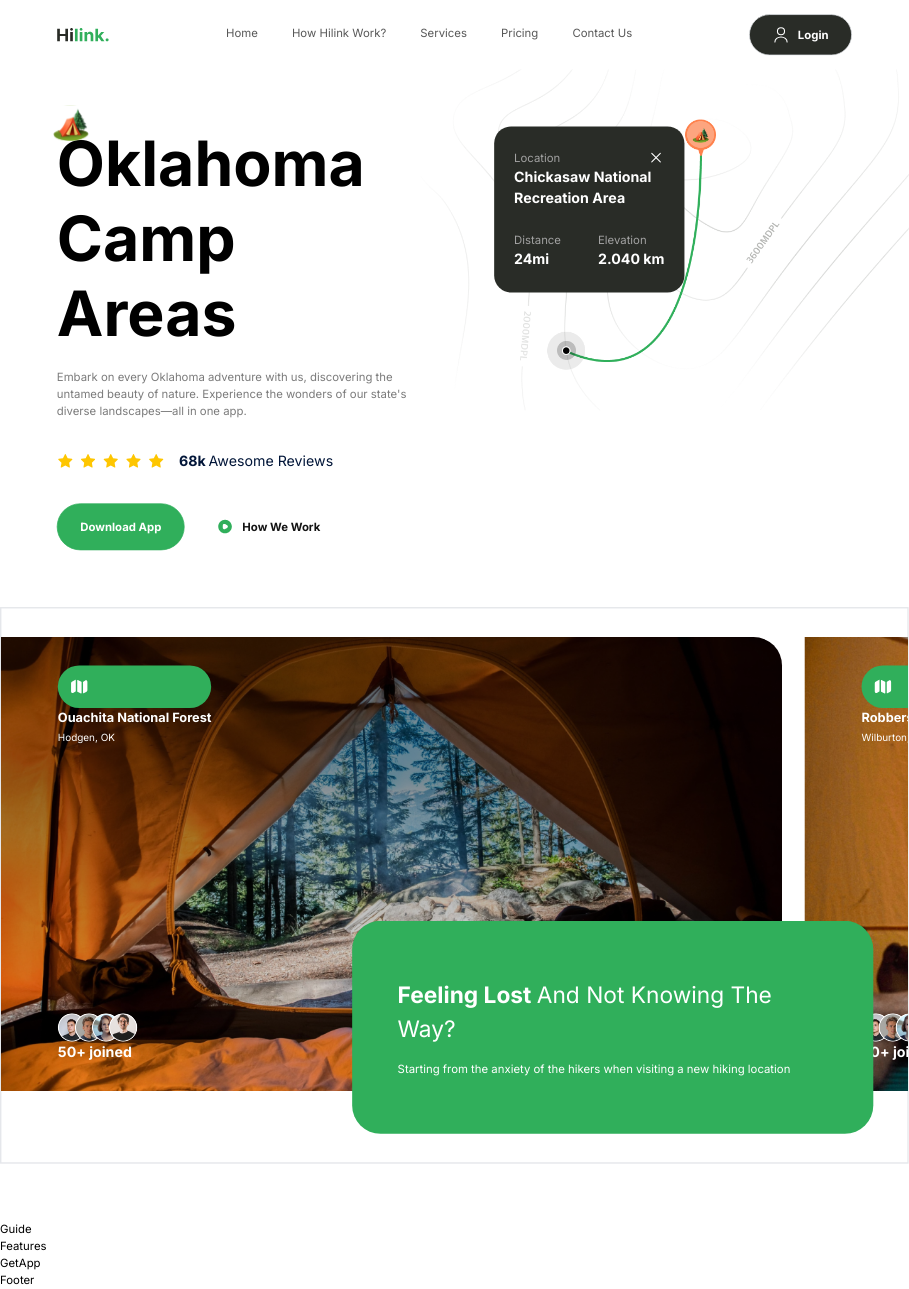
Repository: MikeeBuilds/camp
Page: /
These files come from the project's save history. The page is drawn as it stood at one moment and after the next save; the edit follows.
The browser window is 1280 px wide. The pictures show the whole page, at 71% of full size.
The project was rebuilt for these pictures with package versions that can differ from the ones it lists, and the page was loaded fresh each time. The framework's server and built-in components were replaced by stand-ins that run in the browser. Also part of the build but not shown: next.config.js.

Above is the page before, as saved 2023-11-24 22:27:07.

### app/layout.tsx
import type { Metadata } from 'next'

import './globals.css'
import Navbar from '@/components/Navbar'
import Footer from '@/components/Footer'


export const metadata: Metadata = {
  title: 'Travel',
  description: 'Travel UI/UX App for camping',
}

export default function RootLayout({
  children,
}: {
  children: React.ReactNode
}) {
  return (
    <html lang="en">
      <body className="">
        <Navbar/>
        <main className='relative overflow-hidden'>
        {children}
        </main>
        <Footer/>
      </body>
    </html>
  )
}

### app/page.tsx
import Camp from "@/components/Camp";
import Features from "@/components/Features";
import GetApp from "@/components/GetApp";
import Guide from "@/components/Guide";
import Hero from "@/components/Hero";

export default function Home() {
  return (
    <>
      <Hero/>
      <Camp/>
      <Guide/>
      <Features/>
      <GetApp/>
    </>
  )
}

### components/Navbar.tsx
import { NAV_LINKS } from '@/constants'
import Image from 'next/image'
import Link from 'next/link'
import Button from './Button'

const Navbar = () => {
    return (
        <nav className="flexBetween max-container padding-container relative z-30 py-5">
            <Link href="/">
                <Image src="/hilink-logo.svg" alt="logo" width={74} height={29} />
            </Link>

            <ul className="hidden h-full gap-12 lg:flex">
                {NAV_LINKS.map((link) => (
                    <Link href={link.href} key={link.key} className="regular-16 text-gray-50 flexCenter cursor-pointer pb-1.5 transition-all hover:font-bold">
                        {link.label}
                    </Link>
                ))}
            </ul>

            <div className='lg:flexCenter hidden'>
                <Button
                    type="button"
                    title="Login"
                    icon="/user.svg"
                    variant="btn_dark_green"
                />
            </div>

            <Image
                src="menu.svg"
                alt='menu'
                width={32}
                height={32}
                className='inline-block cursor-pointer lg:hidden'
            />
        </nav>
    )
}

export default Navbar

### components/Camp.tsx
import { PEOPLE_URL } from "@/constants";
import Image from "next/image";

interface CampProps {
  backgroundImage:string;
  title: string;
  subtitle: string;
  peopleJoined: string
}


const CampSite = ({ backgroundImage, title, subtitle, peopleJoined }: CampProps) => {
  return (
    <div className={`h-full w-full min-w-[1100px] ${backgroundImage} bg-cover bg-no-repeat lg:rounded-r-5xl 2xl:rounded-5xl`}>
      <div className="flex h-full flex-col items-start justify-between p-6 lg:px-20 lg:py-10">
        <div className="flex-center gap-4">
          <div className="rounded-full bg-green-50 p-4">
            <Image
              src="/folded-map.svg"
              alt="map"
              width={28}
              height={28}
            />
          </div>
          <div className="flex flex-col gap-1">
            <h4 className="bold-18 text-white">
              {title}
            </h4>
            <p className="regular-14 text-white">
              {subtitle}
            </p>
          </div>
        </div>
        <div className="flex-center gap-6">
          <span className="flex -space-x-4 overflow-hidden">
            {PEOPLE_URL.map((url) => (
              <Image
                src={url}
                key={url}
                alt="person"
                width={52}
                height={52}
                className="inline-block h-10 w-10 rounded-full"
              />
            ))}
          </span>
          <p className="bold-16 md:bold-20 text-white">{peopleJoined}</p>
        </div>
      </div>
    </div>
  )
};


const Camp = () => {
  return (
    <section className='border-2 2xl:max-container
    relative flex flex-col py-10 lg:mb-20 xl:mb-20'>
      <div className='hide-scrollbar flex h-[340px] w-full items-start
      justify-start gap-8 overflow-x-auto lg:h-[400px] xl:h-[640px]'>
        <CampSite
          backgroundImage="bg-bg-img-1"
          title="Ouachita National Forest"
          subtitle="Hodgen, OK"
          peopleJoined="50+ joined"
        />
        <CampSite
          backgroundImage="bg-bg-img-2"
          title="Robbers Cave State Park"
          subtitle="Wilburton, OK"
          peopleJoined="50+ joined"
        />
      </div>

      <div className="flexEnd mt-10 px-6 lg:-mt-60 lg:mr-6">
        <div className="bg-green-50 p-8 lg:max-w-[500px] xl:max-w-[734px] xl:rounded-5xl xl:px-16 xl:py-20 relative w-full overflow-hidden rounded-3xl">
          <h2 className="regular-24 md:regular-32 2xl:regular-64 capitalize text-white">
            <strong>Feeling Lost </strong>
            And Not Knowing The Way?
          </h2>
          <p className="regular-14 xl:regular-16 mt-5 text-white">
            Starting from the anxiety of the hikers when visiting a new hiking location
          </p>
        </div>
      </div>
    </section>
  )
}

export default Camp

### components/Hero.tsx
import Image from 'next/image';
import React from 'react';
import Button from "./Button";

const Hero = () => {
  return (
    <section className=' max-container padding-container flex flex-col gap-20 py-10 pb-32 md:gap-28 lg:py-20 xl:flex-row'>
      <div className='hero-map' />

      {/* LEFT SIDE */}

      <div className='relative z-20 flex flex-1 flex-col xl:w-1/2'>
        <Image
          src="/camp.svg"
          alt='camp'
          height={50}
          width={50}
          className='absolute left-[-5px] top-[-30px] w-10 lg:w-[50px]'
        />

        <h1 className='bold-52 lg:bold-88'>
          Oklahoma Camp Areas
        </h1>
        <p className='regular-16 mt-6 text-gray-30 xl:max-w-[520px]'>
          Embark on every Oklahoma adventure with us, discovering the untamed beauty of nature.
          Experience the wonders of our state's diverse landscapes—all in one app.
        </p>
        <div className='my-11 flex flex-wrap gap-5'>
            <div className='flex items-center gap-2'>
              {Array(5).fill(1).map((_, index) => (
                <Image
                  src="/star.svg"
                  key={index}
                  alt='star'
                  height={24}
                  width={24}
                />
              ))}
            </div>

            <p className='bold-16 lg:bold-20 text-blue-70'>
              68k
              <span className='regular-16 lg:regular-20 ml-1'>Awesome Reviews</span>
            </p>
        </div>

        <div className='flex flex-col w-full gap-3 sm:flex-row'>
          <Button
            type='button'
            title='Download App'
            variant='btn_green'
          />
          <Button
          type='button'
          title='How We Work'
          icon='/play.svg'
          variant='btn_white_text'
        />
        </div>
      </div>

      <div className='relative flex flex-1 items-start'>
          <div className='relative z-20 flex w-[268px] flex-col gap-8 rounded-3xl bg-green-90 px-7 py-8'>


            <div className='flex flex-col'>
              <div className='flexBetween'>
                <p className='regu;ar-16 text-gray-20'>
                  Location
                </p>
                <Image
                  src="/close.svg"
                  alt='logo'
                  width={24}
                  height={24}
                />
              </div>
              <p className='bold-20 text-white'>Chickasaw National Recreation Area</p>
                </div>

              <div className='flexBetween'>
                <div className='flex flex-col'>
                  <p className='regular-16 block text-gray-20'>Distance</p>
                  <p className='bold-20 text-white'>24mi</p>
                </div>
                <div className='flex flex-col'>
                  <p className='regular-16 block text-gray-20'>Elevation</p>
                  <p className='bold-20 text-white'>2.040 km</p>
                </div>
              </div>
            </div>
          </div>
    </section>
  )
}

export default Hero

### components/Button.tsx
import Image from "next/image";

type ButtonProps = {
    type: 'button' | "submit";
    title: string;
    icon?: string;
    variant: 'btn_dark_green'
}


const button = ({ type, title, icon, variant}: ButtonProps) => {
  return (
    <button
        className={`flexCenter gap-3 rounded-full border ${variant}`}
        type={type}
    >
        {icon && <Image src={icon} alt={title} width={24} height={24}/>}
        <label className="bold-16 whitespace-nowrap">{title}</label>
    </button>
  )
}

export default button

Loaded but not shown: app/globals.css (common file); components/Footer.tsx (common file); components/Features.tsx (common file); components/GetApp.tsx (common file); components/Guide.tsx (common file); constants/index.ts (common file); tailwind.config.ts (common file)

After the next save:
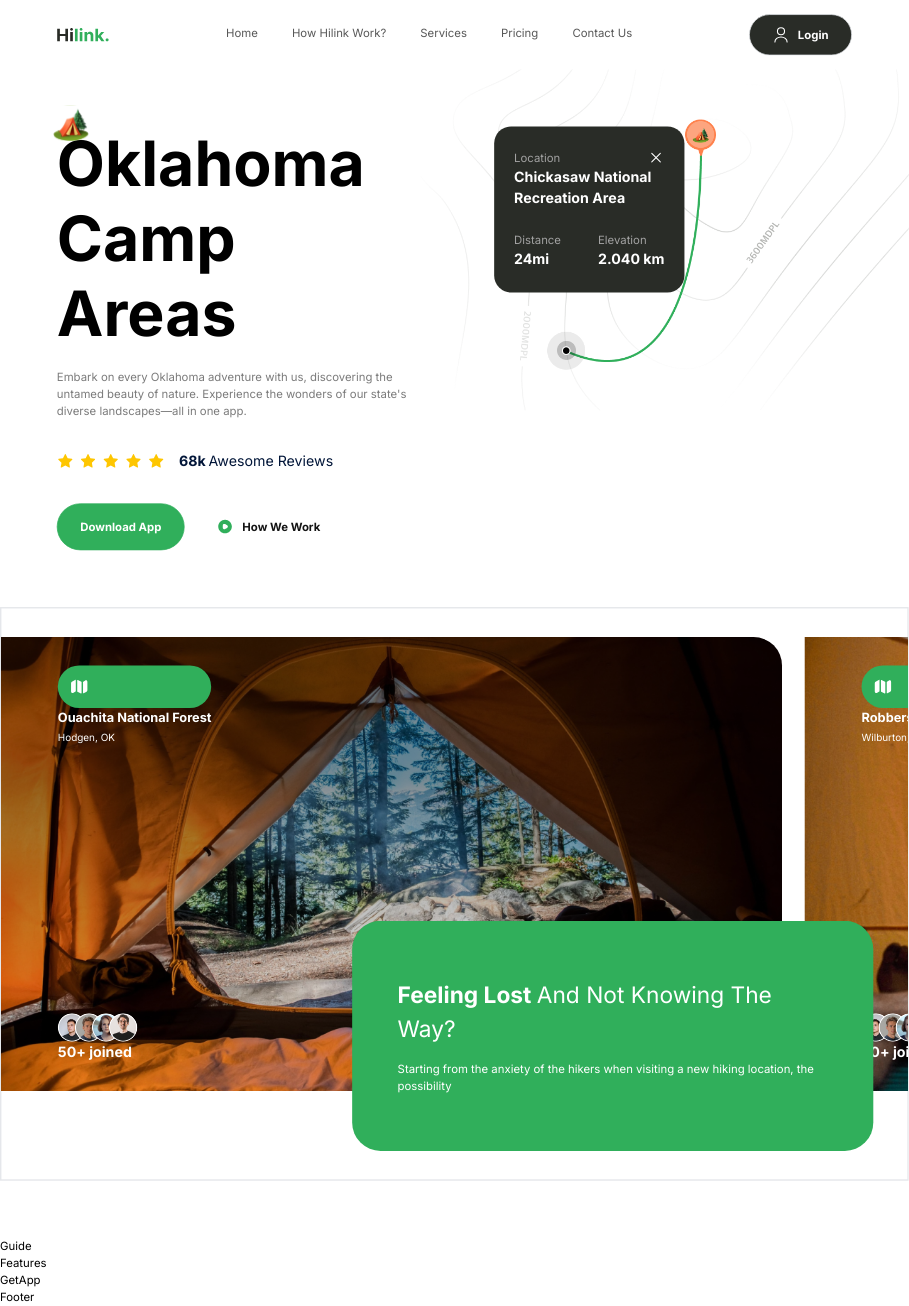
Saved 4 s later.
--- a/components/Camp.tsx
+++ b/components/Camp.tsx
@@ -79,7 +79,7 @@ const Camp = () => {
             And Not Knowing The Way?
           </h2>
           <p className="regular-14 xl:regular-16 mt-5 text-white">
-            Starting from the anxiety of the hikers when visiting a new hiking location
+            Starting from the anxiety of the hikers when visiting a new hiking location, the possibility
           </p>
         </div>
       </div>
